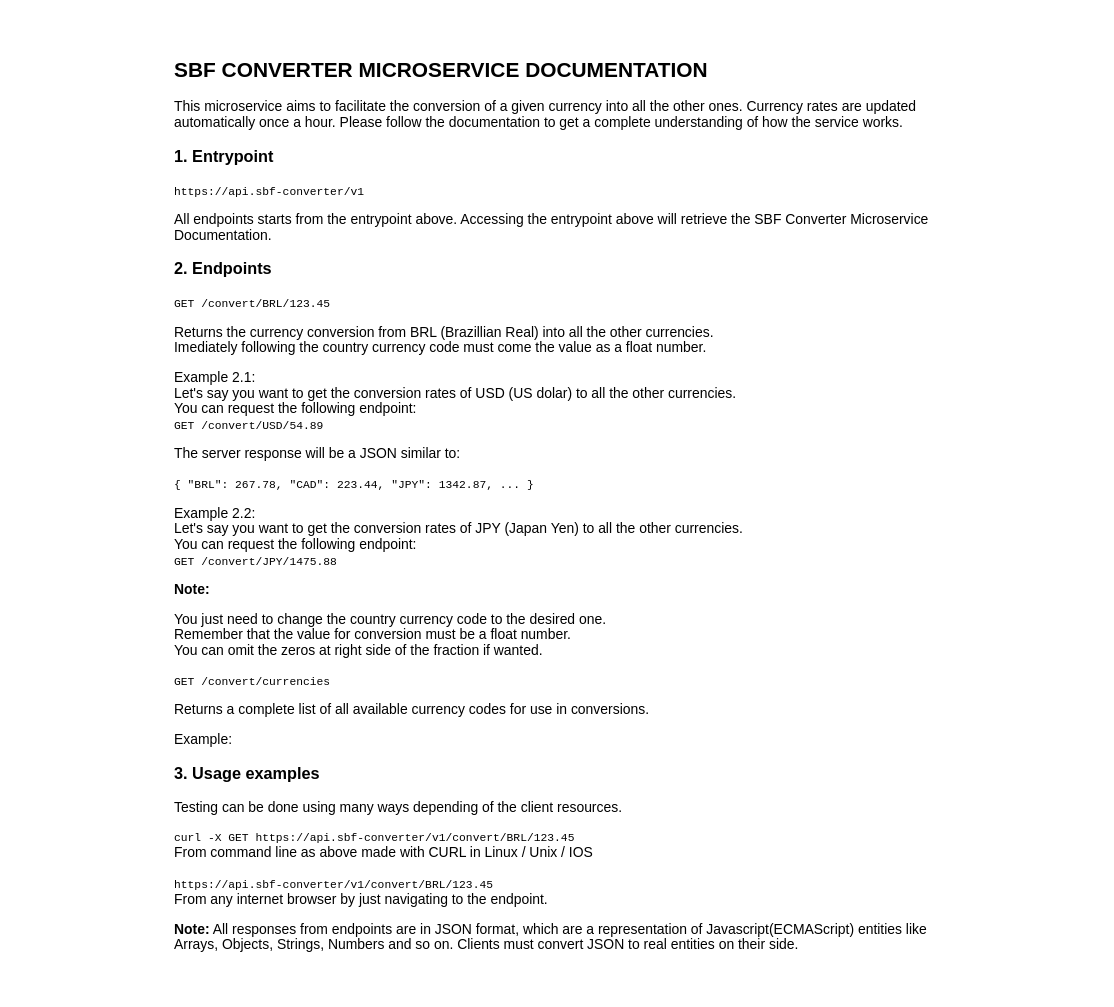
Repository: miguelamello/nestjs-restful-api
Page: documentation.html
An editor plug-in stored every save of this project. The page is shown before and after the next save, followed by the edit.
The browser window is 1280 px wide. The pictures show the whole page, at 87% of full size.

Above is the page before, as saved 2023-03-21 22:53:50.

### documentation.html
<!DOCTYPE html>
<html lang="en">
<head>
  <meta charset="UTF-8">
  <meta http-equiv="X-UA-Compatible" content="IE=edge">
  <meta name="viewport" content="width=device-width, initial-scale=1.0">
  <title>SBF Converter Documentation</title>
  <style>
    body {
      font-family: Arial, Helvetica, sans-serif;
      padding: 3% 15%;
    }
  </style>
</head>
<body>
  <h2>SBF CONVERTER MICROSERVICE DOCUMENTATION</h2>
  <p>
    This microservice aims to facilitate the conversion of a given currency
    into all the other ones. Currency rates are updated automatically once a hour.
    Please follow the documentation to get a complete understanding of how the service works.
  </p>

  <h3>1. Entrypoint</h3>
  <code>https://api.sbf-converter/v1</code>
  <p>
    All endpoints starts from the entrypoint above. Accessing the entrypoint
    above will retrieve the SBF Converter Microservice Documentation.
  </p>

  <h3>2. Endpoints</h3>
  <p>
    <code>GET /convert/BRL/123.45</code>
    <div>Returns the currency conversion from BRL (Brazillian Real) into all the other currencies.</div>
    <div>Imediately following the country currency code must come the value as a float number.</div>

    <p>
      <div>Example 2.1:</div>
      <div>Let's say you want to get the conversion rates of USD (US dolar) to all the other currencies.</div>
      <div>You can request the following endpoint:</div>
      <code>GET /convert/USD/54.89</code>
    </p>

    <p>The server response will be a JSON similar to:</p>
    <code>{ "BRL": 267.78, "CAD": 223.44, "JPY": 1342.87, ... }</code>

    <p>
      <div>Example 2.2:</div>
      <div>Let's say you want to get the conversion rates of JPY (Japan Yen) to all the other currencies.</div>
      <div>You can request the following endpoint:</div>
      <code>GET /convert/JPY/1475.88</code>
    </p>

    <p>
      <b>Note:</b>
      <div>You just need to change the country currency code to the desired one.</div>
      <div>Remember that the value for conversion must be a float number.</div>
      <div>You can omit the zeros at right side of the fraction if wanted.</div>
    </p>
  </p>

  <p>
    <code>GET /convert/currencies</code>
    <div>Returns a complete list of all available currency codes for use in conversions.</div>

    <p>Example:</p>
  </p>

  <h3>3. Usage examples</h3>

  <p>Testing can be done using many ways depending of the client resources.</p>

  <code>curl -X GET https://api.sbf-converter/v1/convert/BRL/123.45</code>
  <div>From command line as above made with CURL in Linux / Unix / IOS</div>
  <br>
  <code>https://api.sbf-converter/v1/convert/BRL/123.45</code>
  <div>From any internet browser by just navigating to the endpoint.</div>

  <p>
    <b>Note:</b> All responses from endpoints are in JSON format, which are a
    representation of Javascript(ECMAScript) entities like Arrays, Objects,
    Strings, Numbers and so on. Clients must convert JSON to real entities
    on their side.
  </p>

</body>
</html>

After the next save:
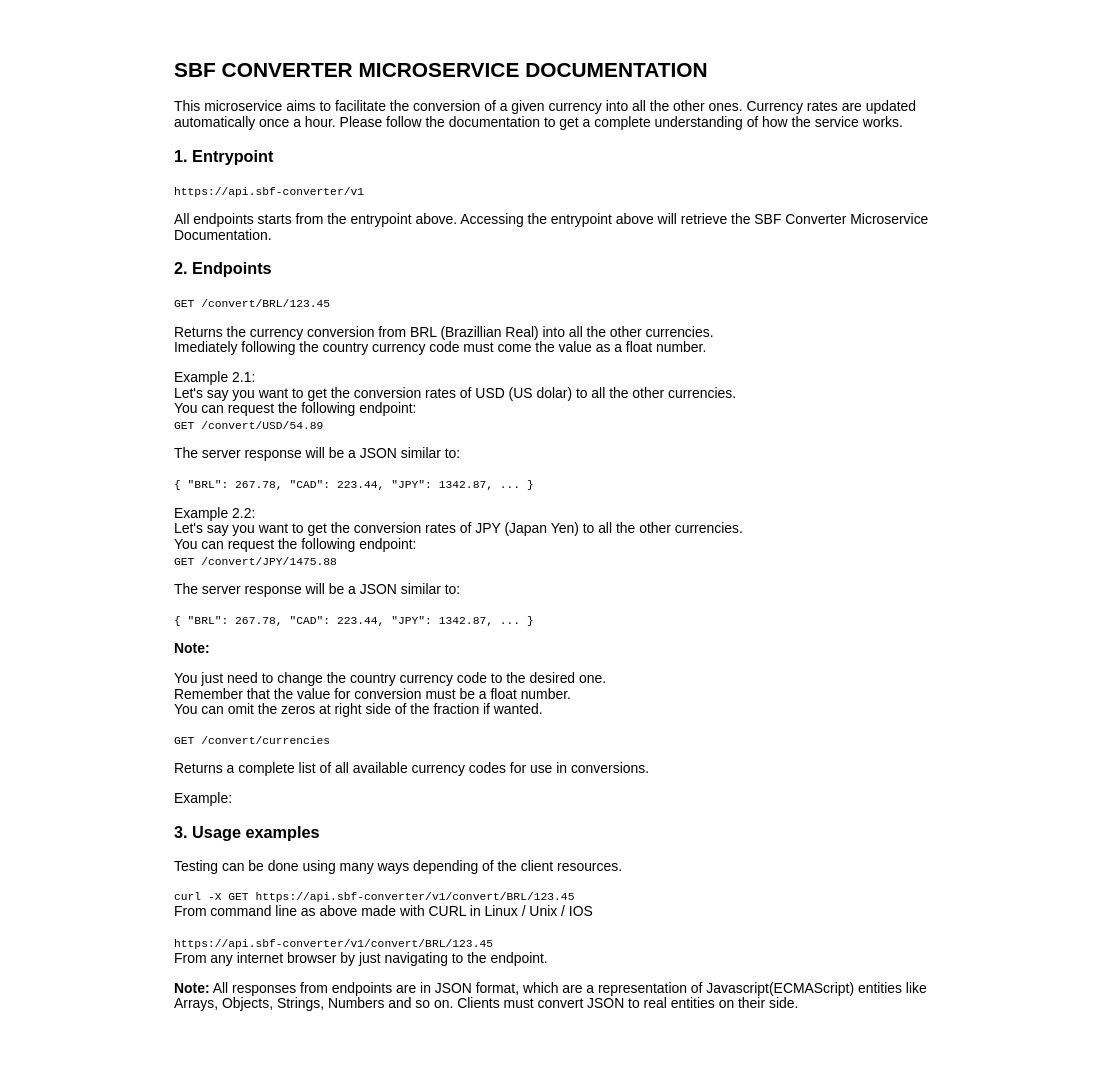
Saved 36 s later.
--- a/documentation.html
+++ b/documentation.html
@@ -50,6 +50,9 @@
       <code>GET /convert/JPY/1475.88</code>
     </p>
 
+    <p>The server response will be a JSON similar to:</p>
+    <code>{ "BRL": 267.78, "CAD": 223.44, "JPY": 1342.87, ... }</code>
+
     <p>
       <b>Note:</b>
       <div>You just need to change the country currency code to the desired one.</div>
